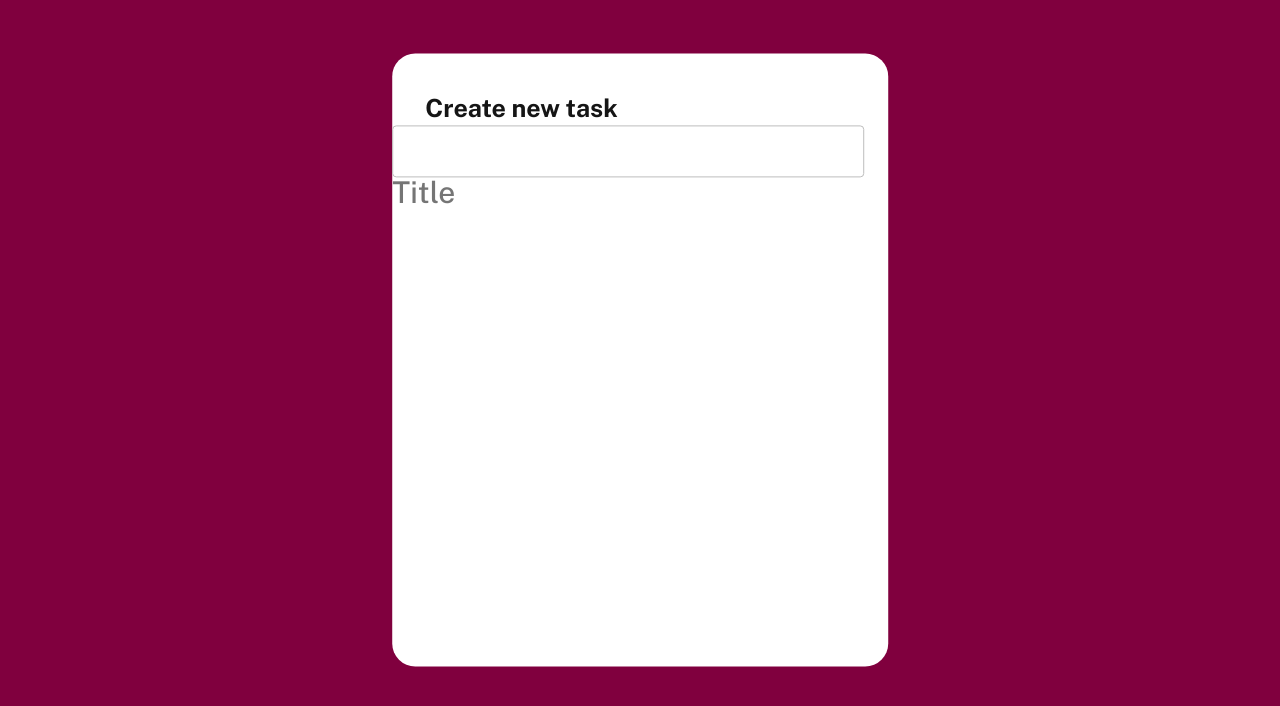
Repository: MorgunovaAlexandra/verstka-form
Page: index.html
An editor plug-in stored every save of this project. The page is shown before and after the next save, followed by the edit.
The browser window is 1280 px wide. The pictures show the whole page.
The style sheet was rebuilt from its Sass, Less or Tailwind sources for each picture, by a compiler version that may differ from the author's.

Above is the page before, as saved 2022-06-24 12:26:33.

After the next save:
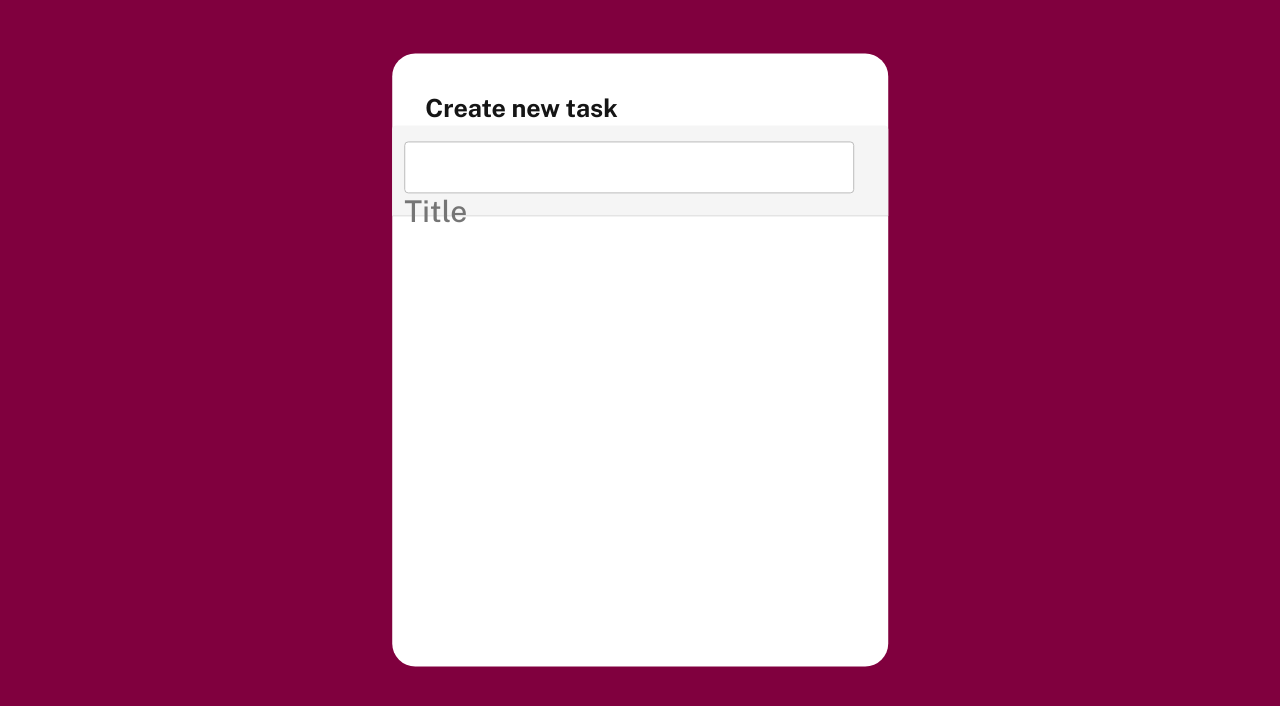
Saved 19 s later.
--- a/scss/style.scss
+++ b/scss/style.scss
@@ -28,6 +28,15 @@ legend{
 }
 .text-field{
     position: relative;
+    border: none;
+      border-bottom: 1px solid #bdbdbd;
+      border-radius: 0;
+      border-top-left-radius: 0.25rem;
+      border-top-right-radius: 0.25rem;
+      height: calc(3.5rem + 2px);
+      line-height: 1.25;
+      padding: 1rem 0.75rem;
+      background-color: #f5f5f5;
 }
 .text-field__input{
     display: block;
